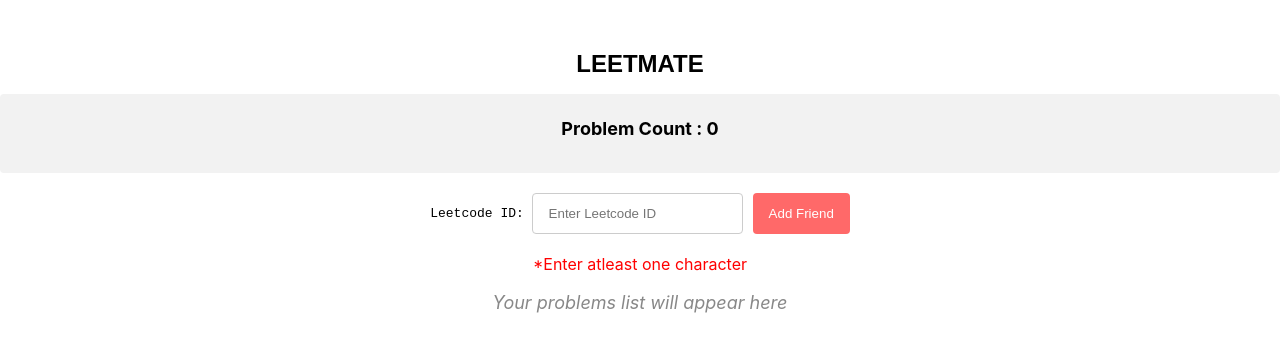
Repository: Sanketh149/leetcode-discord
Page: /
An editor plug-in stored every save of this project. The page is shown before and after the next save, followed by the edit.
The browser window is 1280 px wide. The pictures show the whole page.
The project was rebuilt for these pictures with package versions that can differ from the ones it lists, and the page was loaded fresh each time. Also part of the build but not shown: src/Modal.module.css, src/Modal.js, src/Cart.module.css, src/Cart.js.

Above is the page before, as saved 2023-06-21 18:20:01.

After the next save:
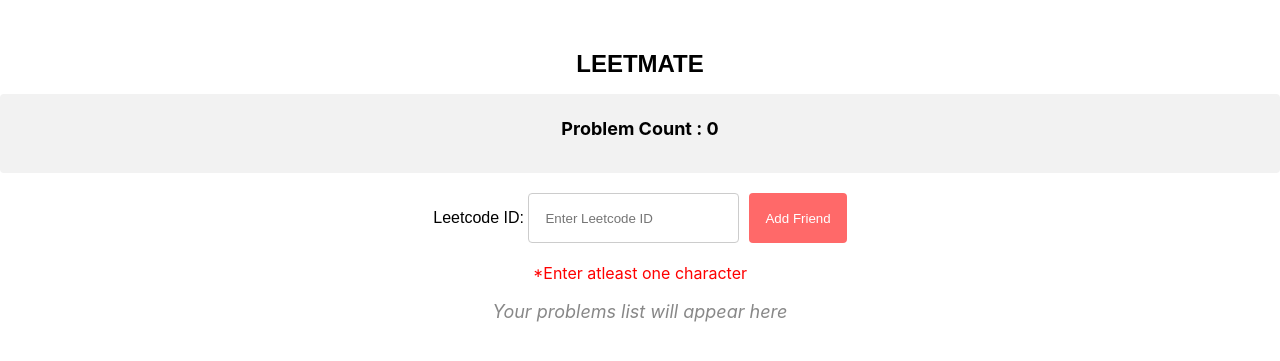
Saved 59 s later.
--- a/src/App.css
+++ b/src/App.css
@@ -93,3 +93,6 @@
   font-weight: bold;
   margin-top: 8px;
 }
+pre {
+  font-family: Arial, Helvetica, sans-serif;
+}
